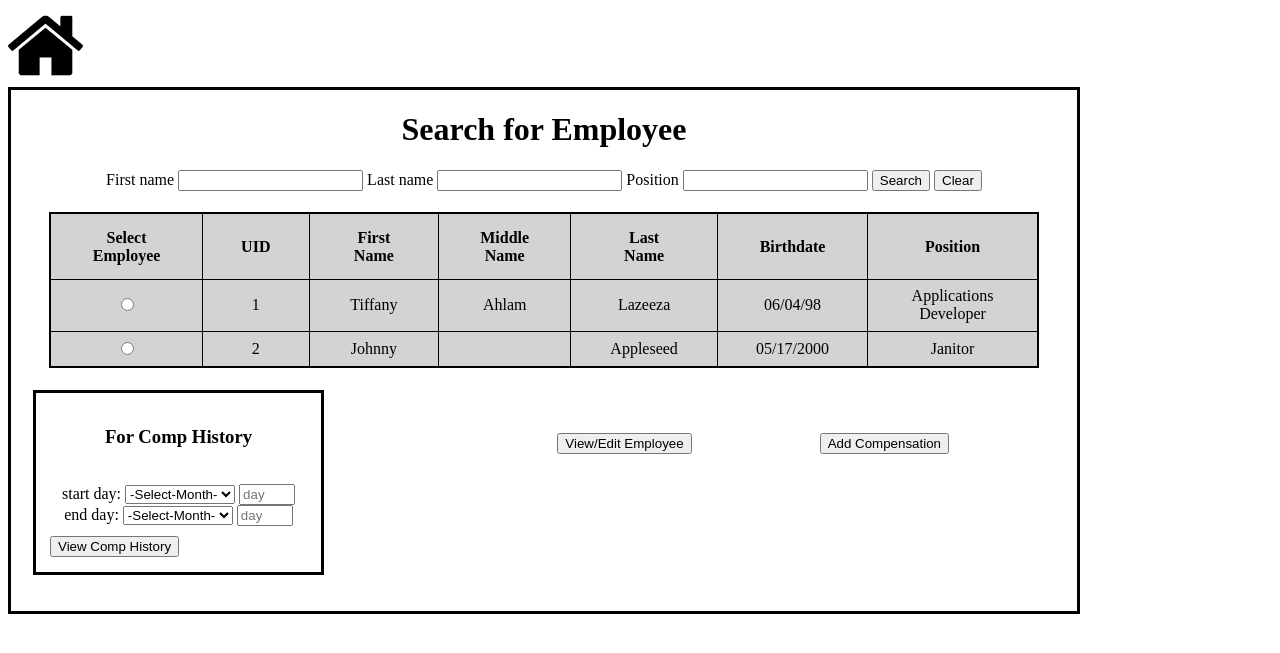
Repository: ticross18/SpringBootEmployeeSystem
Page: EmploymentSystem/src/main/resources/static/searchEmp.html
The author's editor kept a copy of each file at every save. The page is drawn from the files as they stood at one save, then again after the next save.
The browser window is 1280 px wide. The pictures show the whole page.

Above is the page before, as saved 2022-05-17 18:13:12.

### EmploymentSystem/src/main/resources/static/searchEmp.html
<!DOCTYPE html>
<html>
<head>
	<title>Search for Employee</title>
	<meta charset="UTF-8">
	<meta name="viewport" content="width=device-width, initial-scale=1.0">
	<link href="css/screens.css" rel="stylesheet" type="text/css">
</head>
<body>

<a href="/"><img src="images/homeIcon2.png" id="homeButton" alt="home button"></a>

<div id="SearchEmpBox" >
	<h1 id="title">Search for Employee</h1>

	<form>
		<label for="fname">First name </label>
		<input type="text" id="fname" name="fname">
		<label for="lname">Last name  </label>
		<input type="text" id="lname" name="lname">
		<label for="position">Position</label>
		<input type="text" id="position" name="position">
		<button type="button" name ="search">Search</button>
		<button type="clear" name ="clear">Clear</button>
	</form>

	<table border=1  rules=rows id="results" >
		<tr>
			<th>Select Employee</th>
			<th>UID</th>
			<th>First Name</th>
			<th>Middle Name</th>
			<th>Last Name</th>
			<th>Birthdate</th>
			<th>Position</th>
		</tr>
		 <tr class="entries">
			<td><input type="radio" name="edit" class="editEmp"/></td>
			<td>1</td>
			<td>Tiffany</td>
			<td>Ahlam</td>
			<td>Lazeeza</td>
			<td>06/04/98</td>
			<td>Applications Developer</td>
		</tr>
		 <tr class="entries">
			<td><input type="radio" name="edit" class="editEmp"/></td>
			<td>2</td>
			<td>Johnny</td>
			<td></td>
			<td>Appleseed</td>
			<td>05/17/2000</td>
			<td>Janitor</td>
		</tr>

	</table>

     <button type="button" class="optionButtons" onclick="location.href = '#';" style="float:right; margin-top:6vh;" id="addEmp" > Add Compensation </button>

     <button type="button" class="optionButtons" onclick="location.href = '#';" style="float:right; margin-top:6vh;" id="viewEditEmp"> View/Edit Employee </button>

	<div id="dateRange">
		<h3>For Comp History</h3><br>

		<label >start day:</label>
		    <select class='monthDropDown'>
			    <option selected value=''>-Select-Month-</option>
			    <option value='1'>January</option>
			    <option value='2'>February</option>
			    <option value='3'>March</option>
			    <option value='4'>April</option>
			    <option value='5'>May</option>
			    <option value='6'>June</option>
			    <option value='7'>July</option>
			    <option value='8'>August</option>
			    <option value='9'>September</option>
			    <option value='10'>October</option>
			    <option value='11'>November</option>
			    <option value='12'>December</option>
		    </select>
		    <input type="number"min="0" max="31" placeholder="day"/>

		    <br>

		<label>end day:</label>
		<select class='monthDropDown'>
		    <option selected value=''>-Select-Month-</option>
		    <option value='1'>January</option>
		    <option value='2'>February</option>
		    <option value='3'>March</option>
		    <option value='4'>April</option>
		    <option value='5'>May</option>
		    <option value='6'>June</option>
		    <option value='7'>July</option>
		    <option value='8'>August</option>
		    <option value='9'>September</option>
		    <option value='10'>October</option>
		    <option value='11'>November</option>
		    <option value='12'>December</option>
	    </select>
	    <input type="number"min="0" max="31" placeholder="day"/>
	     <br><button type="button" class="optionButtons" onclick="location.href = '#';" id="compHistory" > View Comp History </button>

	</div>


</div>
</body>
</html>

### EmploymentSystem/src/main/resources/static/css/screens.css
.container {
   display: flex;

}

#homeButton{
	width:75px;
	height:75px;
	position: relative;
}

.asterisk{
	color: red;
}

#addEmpBox {
	padding-left: 40vw;
	border: 3px solid rgb(0, 0, 0);
	padding-bottom: 15px;
}

#addEmpBox input {
	margin-bottom: 15px;
	padding: 2px;
}

#SearchEmpBox {
	border: 3px solid rgb(0, 0, 0);
	padding-bottom: 15px;
	margin-right: 15vw;
	text-align: center;
}

#userInput {
	display:inline-table;
}

#results {
	border: 2px solid black;
	margin: 10px;
	background-color: lightgrey;
	border-collapse: collapse;
	margin:  3vh 3vw;
}

#results th {
	padding: 2vh 3vw;
	border-left: 1px solid #000;
    border-right: 1px solid #000;
}

#results td {
	padding: 1vh 3vw ;
	border-left: 1px solid #000;
    border-right: 1px solid #000;

}

#finalEdit{
	text-align: left;
	position: left;
}

button.optionButtons {
	margin-top: 10px;
	margin-right: 10vw;
}

button.optionButtons:active {
  box-shadow: 0 5px #666;
  transform: translateY(4px);
}

button.optionButtons:hover {
  background-color: rgb(255, 255, 128);
  cursor: pointer;
}

#dateRange {
	border: 3px solid rgb(0, 0, 0);
	width:fit-content;
	margin: 3vh;
	padding: 2vh;
}



.monthDropDown {
	width:110px;
}


tr.entries:hover {
  background-color: white;
  cursor: pointer;
}

After the next save:
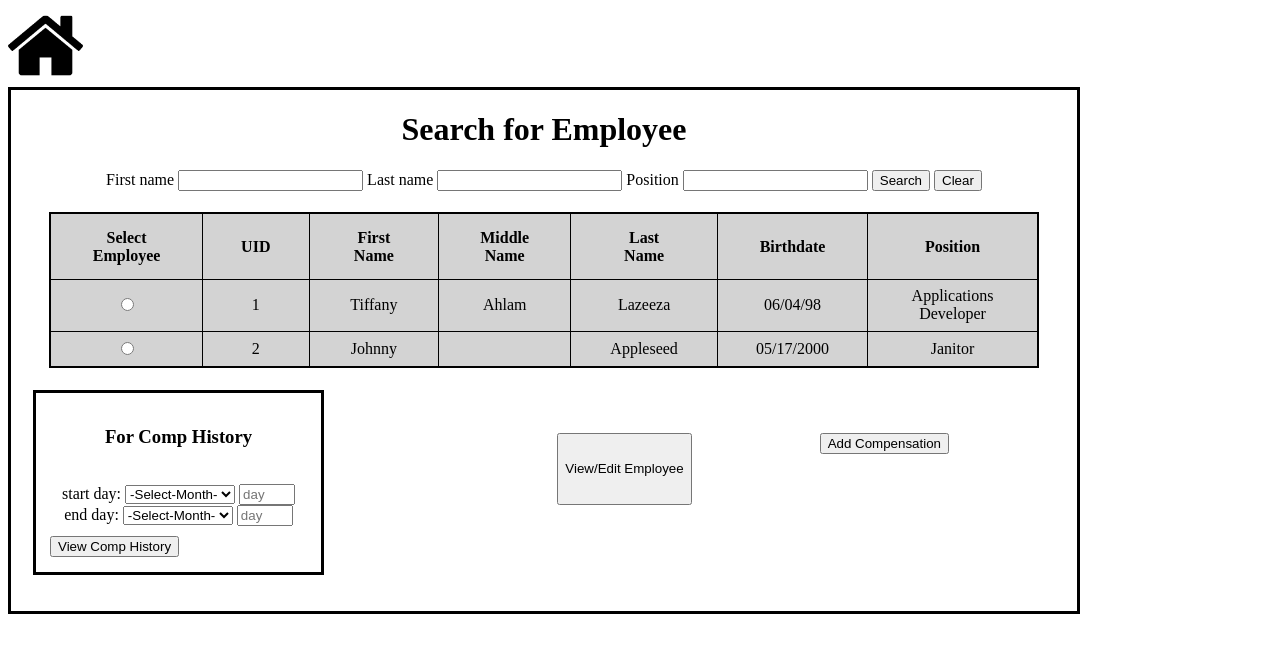
Saved 10 s later.
--- a/EmploymentSystem/src/main/resources/static/searchEmp.html
+++ b/EmploymentSystem/src/main/resources/static/searchEmp.html
@@ -57,7 +57,7 @@
 
      <button type="button" class="optionButtons" onclick="location.href = '#';" style="float:right; margin-top:6vh;" id="addEmp" > Add Compensation </button>
 
-     <button type="button" class="optionButtons" onclick="location.href = '#';" style="float:right; margin-top:6vh;" id="viewEditEmp"> View/Edit Employee </button>
+     <button type="button" class="optionButtons" onclick="location.href = '#';" style="float:right; margin-top:6vh; height:10vh;" id="viewEditEmp"> View/Edit Employee </button>
 
 	<div id="dateRange">
 		<h3>For Comp History</h3><br>
